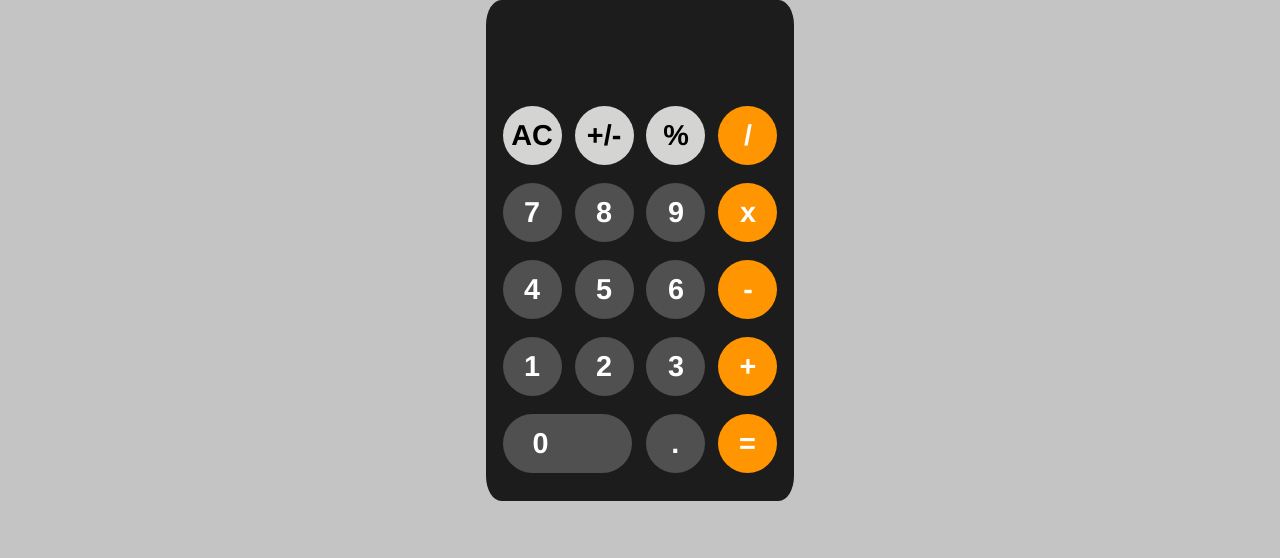
Repository: raulpenate/Calculadora-VUE3
Page: /
These files come from the project's save history. The page is drawn as it stood at one moment and after a run of saves; the edit follows.
The browser window is 1280 px wide. The pictures show the whole page.
The project was rebuilt for these pictures with package versions that can differ from the ones it lists, and the page was loaded fresh each time. Also part of the build but not shown: src/components/HelloWorld.vue.

Above is the page before, as saved 2022-03-11 11:20:54.

### src/App.vue
<template>
  <HelloWorld msg="Welcome to Your Vue.js App"/>
  <Calculator/>
</template>

<script>
import HelloWorld from './components/HelloWorld.vue'
import Calculator from './components/Calculator.vue'

export default {
  name: 'App',
  components: {
    Calculator
  }
}
</script>

<style>
#app {
  font-family: Avenir, Helvetica, Arial, sans-serif;
}
</style>

### src/components/Calculator.vue
<template>
  <div class="carcasa">
    <div class="pantalla">
        <label for=""></label>
        <input class="pantallainterna" type="number" name="numero">
    </div>
        <div class="fila">
        <div class="boton gris">AC</div>
        <div class="boton gris">+/-</div>
        <div class="boton gris">%</div>
        <div class="boton orange">/</div>
    </div>
    <div class="fila">
        <div class="boton">7</div>
        <div class="boton">8</div>
        <div class="boton">9</div>
        <div class="boton orange">x</div>
    </div>
    <div class="fila">
        <div class="boton">4</div>
        <div class="boton">5</div>
        <div class="boton">6</div>
        <div class="boton orange">-</div>
    </div>
    <div class="fila">
        <div class="boton">1</div>
        <div class="boton">2</div>
        <div class="boton">3</div>
        <div class="boton orange">+</div>
    </div>
    <div class="fila final">
        <div class="boton grande">0</div>
        <div class="boton">.</div>
        <div class="boton orange">=</div>
    </div>
  </div>
</template>

<script>
export default {};
</script>

<style>
*{
    padding: 0;
    margin: 0;
    box-sizing: border-box;
}

body{
    background: #c4c4c4;
    margin: auto 38%;
}

/* CARCASA */

.carcasa{
    background: #1C1C1C;
    display: flex;
    flex-flow: wrap;
    justify-content: space-between;
    border-radius: 5%;
}

/* PANTALLA */

.pantalla{
    padding: 5%;
    display: flex;
    flex-wrap: wrap;
    align-content: stretch;
    width: 100%;
}

.pantallainterna{
    display: inline-block;
    position: relative;
    width: 100%;
    background: #1C1C1C;
    color: #FFFFFF;
    outline: none;
    border: none;
    text-align: right;
    font-size: 8vh;
}

input[type=number]::-webkit-inner-spin-button,
input[type=number]::-webkit-outer-spin-button {
  -webkit-appearance: none;
  margin: 0;
}

/* BOTONES */

.fila{
    width: 100%;
    font-weight: bold;
    display: flex;
    flex-flow: wrap row;
    justify-content: space-evenly;
    margin: 2%;
}

.boton{
    background: #505050;
    color: #FFFFFF;
    width: 20px;
    height: 20px;
    position: relative;
    font-size: 4vh;
    padding: 10%;
    display: flex;
    justify-content: center;
    align-items: center;
    border-radius: 50%;
    margin: 1%;
}

.orange{
    background:#FF9500;
}

.gris{
    background: #D4D4D2;
    color: #000;
}

.boton:hover{
    background: rgba(255,255,255, 0.4);
}

.orange:hover{
    background: rgba(247, 127, 72, 0.9);
}

.inicio{
    margin-top: 1%;
}

.final{
    margin-bottom: 8%;
}

.grande{
    flex-grow: 0.70;
    border-radius: 50px;
    display: flex;
    justify-content: start;
}

</style>

Loaded but not shown: public/index.html (common file); src/main.js (common file)

After the next 2 saves:
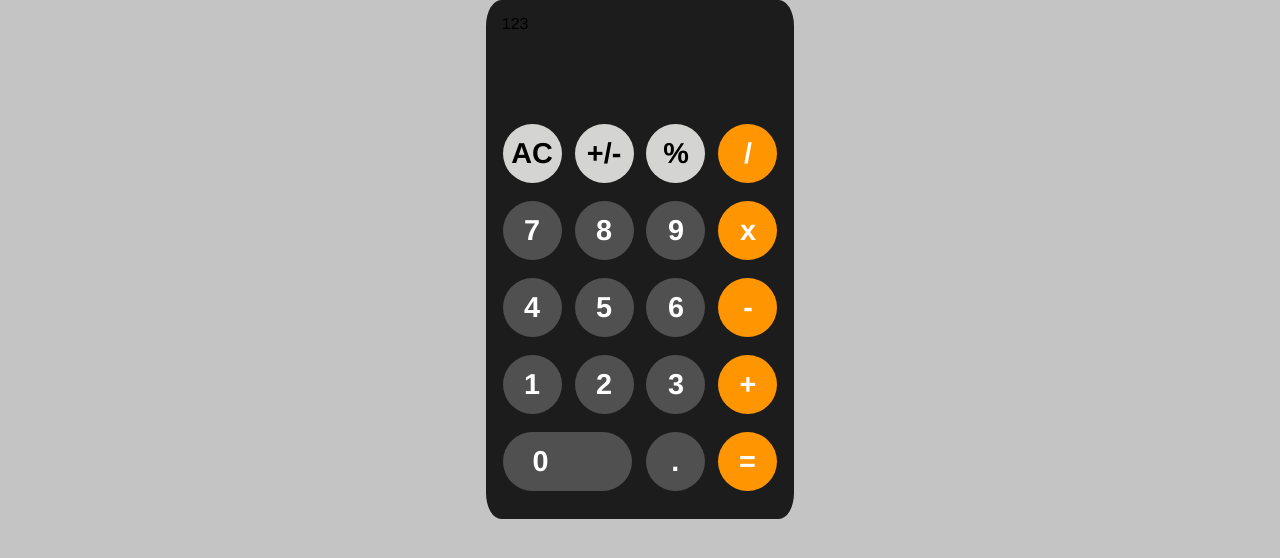
The 2 saves are shown as one change because they came seconds apart.
The last was saved 19 s later.
--- a/src/components/Calculator.vue
+++ b/src/components/Calculator.vue
@@ -1,7 +1,7 @@
 <template>
   <div class="carcasa">
     <div class="pantalla">
-        <label for=""></label>
+        <label class="datosanteriores">123</label>
         <input class="pantallainterna" type="number" name="numero">
     </div>
         <div class="fila">
